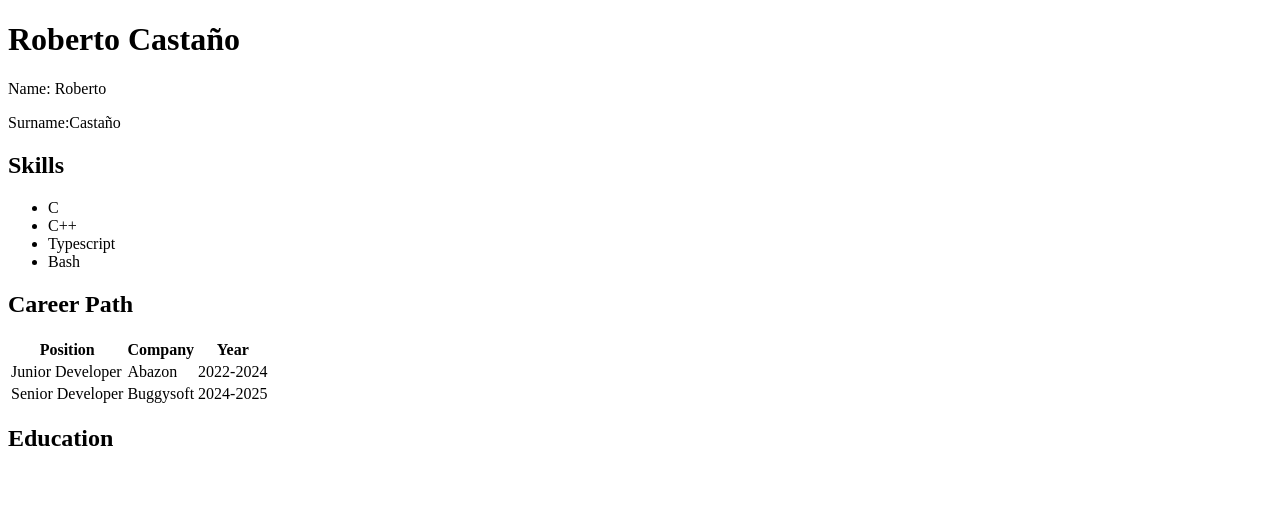
Repository: cronopi/django
Page: Training-Python-Django-0 1/ex01/cv.html
These files come from the project's save history. The page is drawn as it stood at one moment and after the next save; the edit follows.
The browser window is 1280 px wide. The pictures show the whole page.

Above is the page before, as saved 2026-03-10 12:24:23.

After the next save:
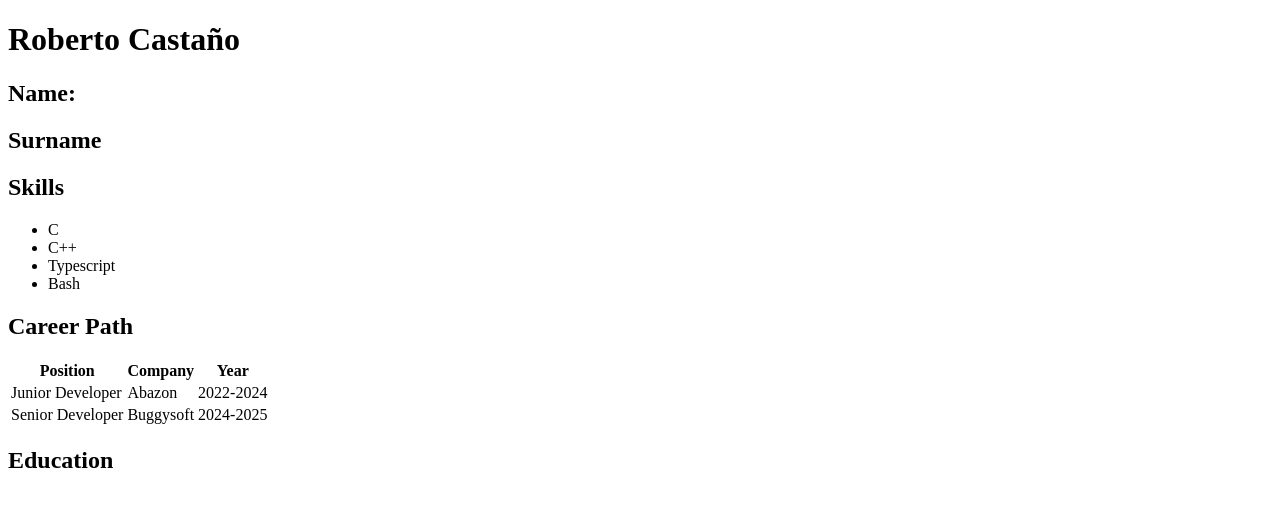
Saved 34 s later.
--- a/Training-Python-Django-0 1/ex01/cv.html
+++ b/Training-Python-Django-0 1/ex01/cv.html
@@ -8,8 +8,8 @@
 <body>
 	<h1>Roberto Castaño</h1>
 
-	<p>Name: Roberto</p>
-	<p>Surname:Castaño</p>
+	<h2>Name:</h2>
+	<h2>Surname</h2>
 
 	<h2>Skills</h2>
 	<ul>
